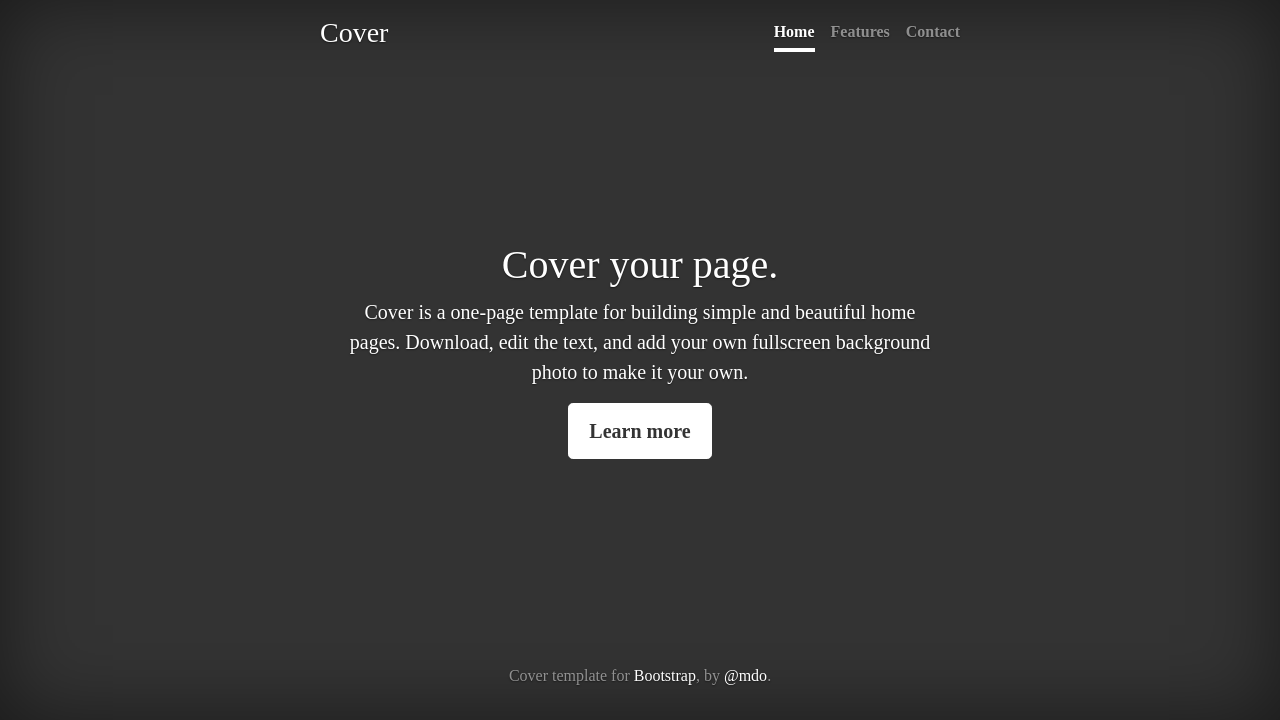
Repository: nmailan/nmailan.github.io
Page: index.html
These files come from the project's save history. The page is drawn as it stood at one moment and after the next save; the edit follows.
The browser window is 1280 px wide. The pictures show the whole page.
Some web fonts or font styles are not loaded; a fallback is used. Some web libraries are served in a nearby version.

Above is the page before, as saved 2024-01-01 14:29:44.

### index.html
<!doctype html>
<html lang="en">
  <head>
    <meta charset="utf-8">
    <meta name="viewport" content="width=device-width, initial-scale=1, shrink-to-fit=no">
    <meta name="description" content="">
    <meta name="author" content="">
    <link rel="icon" href="../../../../favicon.ico">

    <title>Cover Template for Bootstrap</title>

    <!-- Bootstrap core CSS -->
    <link href="../../../../dist/css/bootstrap.min.css" rel="stylesheet">
    <!-- <link href='https://fonts.googleapis.com/css?family=Playfair Display' rel='stylesheet'> -->
    <link href="https://fonts.cdnfonts.com/css/vogue" rel="stylesheet">

    <!-- Custom styles for this template -->
    <link href="cover.css" rel="stylesheet">
  </head>

  <body class="text-center">

    <div class="cover-container d-flex h-100 p-3 mx-auto flex-column">
      <header class="masthead mb-auto">
        <div class="inner">
          <h3 class="masthead-brand">Cover</h3>
          <nav class="nav nav-masthead justify-content-center">
            <a class="nav-link active" href="#">Home</a>
            <a class="nav-link" href="#">Features</a>
            <a class="nav-link" href="#">Contact</a>
          </nav>
        </div>
      </header>

      <main role="main" class="inner cover">
        <h1 class="cover-heading">Cover your page.</h1>
        <p class="lead">Cover is a one-page template for building simple and beautiful home pages. Download, edit the text, and add your own fullscreen background photo to make it your own.</p>
        <p class="lead">
          <a href="#" class="btn btn-lg btn-secondary">Learn more</a>
        </p>
      </main>

      <footer class="mastfoot mt-auto">
        <div class="inner">
          <p>Cover template for <a href="https://getbootstrap.com/">Bootstrap</a>, by <a href="https://twitter.com/mdo">@mdo</a>.</p>
        </div>
      </footer>
    </div>


    <!-- Bootstrap core JavaScript
    ================================================== -->
    <!-- Placed at the end of the document so the pages load faster -->
    <script src="https://code.jquery.com/jquery-3.2.1.slim.min.js" integrity="sha384-KJ3o2DKtIkvYIK3UENzmM7KCkRr/rE9/Qpg6aAZGJwFDMVNA/GpGFF93hXpG5KkN" crossorigin="anonymous"></script>
    <script>window.jQuery || document.write('<script src="../../../../assets/js/vendor/jquery-slim.min.js"><\/script>')</script>
    <script src="../../../../assets/js/vendor/popper.min.js"></script>
    <script src="../../../../dist/js/bootstrap.min.js"></script>
  </body>
</html>

### cover.css
/*
 * Globals
 */

/* Links */
a,
a:focus,
a:hover {
  color: #fff;
}

/* Custom default button */
.btn-secondary,
.btn-secondary:hover,
.btn-secondary:focus {
  color: #333;
  text-shadow: none; /* Prevent inheritance from `body` */
  background-color: #fff;
  border: .05rem solid #fff;
}


/*
 * Base structure
 */

html,
body {
  height: 100%;
  background-color: #333;
  font-family: 'Playfair Display';
}

body {
  display: -ms-flexbox;
  display: -webkit-box;
  display: flex;
  -ms-flex-pack: center;
  -webkit-box-pack: center;
  justify-content: center;
  color: #fff;
  text-shadow: 0 .05rem .1rem rgba(0, 0, 0, .5);
  box-shadow: inset 0 0 5rem rgba(0, 0, 0, .5);
}

.cover-container {
  max-width: 42em;
}


/*
 * Header
 */
.masthead {
  margin-bottom: 2rem;
}

.masthead-brand {
  margin-bottom: 0;
}

.nav-masthead .nav-link {
  padding: .25rem 0;
  font-weight: 700;
  color: rgba(255, 255, 255, .5);
  background-color: transparent;
  border-bottom: .25rem solid transparent;
}

.nav-masthead .nav-link:hover,
.nav-masthead .nav-link:focus {
  border-bottom-color: rgba(255, 255, 255, .25);
}

.nav-masthead .nav-link + .nav-link {
  margin-left: 1rem;
}

.nav-masthead .active {
  color: #fff;
  border-bottom-color: #fff;
}

@media (min-width: 48em) {
  .masthead-brand {
    float: left;
  }
  .nav-masthead {
    float: right;
  }
}


/*
 * Cover
 */
.cover {
  padding: 0 1.5rem;
}
.cover .btn-lg {
  padding: .75rem 1.25rem;
  font-weight: 700;
}


/*
 * Footer
 */
.mastfoot {
  color: rgba(255, 255, 255, .5);
}

Loaded but not shown: dist/css/bootstrap.min.css (library); dist/js/bootstrap.min.js (library)

After the next save:
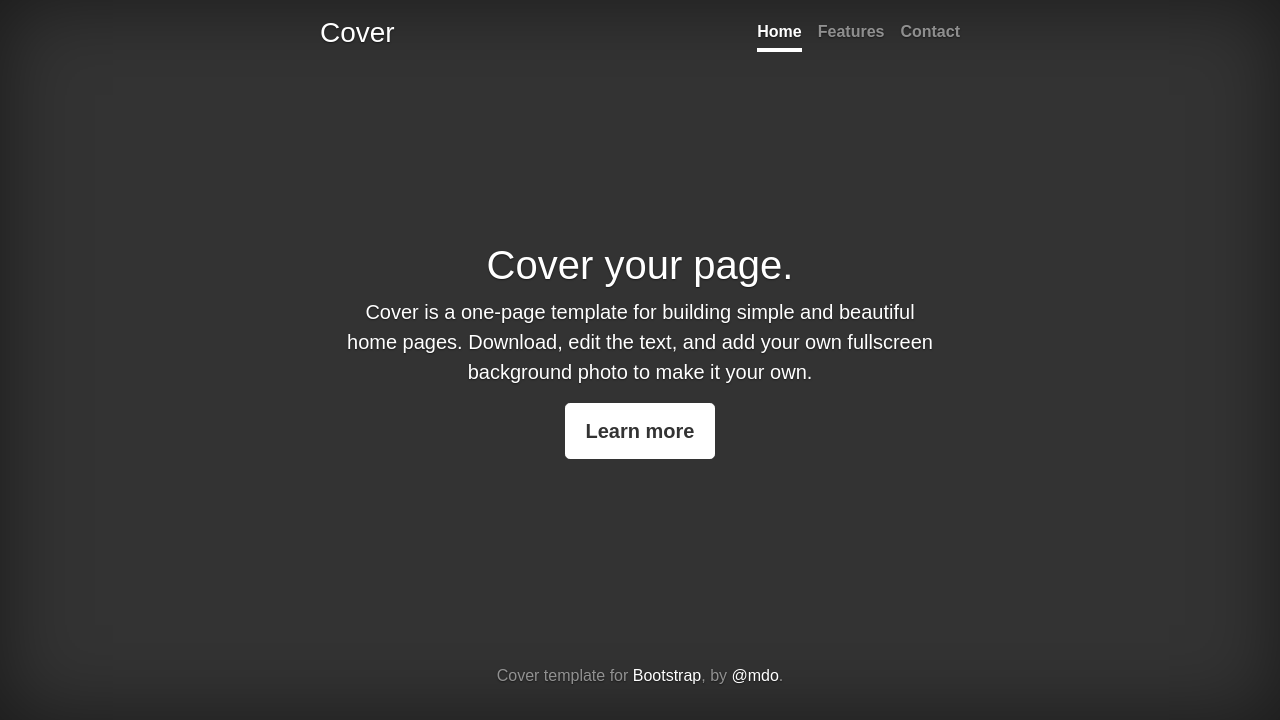
Saved 26 s later.
--- a/cover.css
+++ b/cover.css
@@ -28,7 +28,8 @@ html,
 body {
   height: 100%;
   background-color: #333;
-  font-family: 'Playfair Display';
+  /* font-family: 'Playfair Display'; */
+  font-family: 'Vogue', sans-serif;
 }
 
 body {
